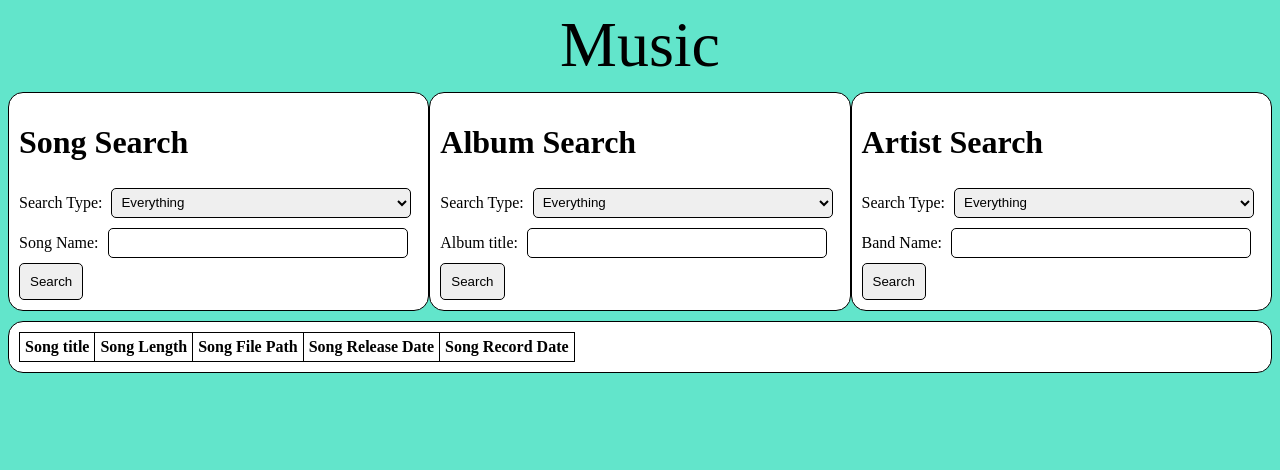
Repository: bparambath/bkp12_INFSCI1017
Page: bkp12_MusicJPAWeb/WebContent/song2.html
The author's editor kept a copy of each file at every save. The page is drawn from the files as they stood at one save, then again after the next save.
The browser window is 1280 px wide. The pictures show the whole page.

Above is the page before, as saved 2019-04-19 01:52:06.

After the next save:
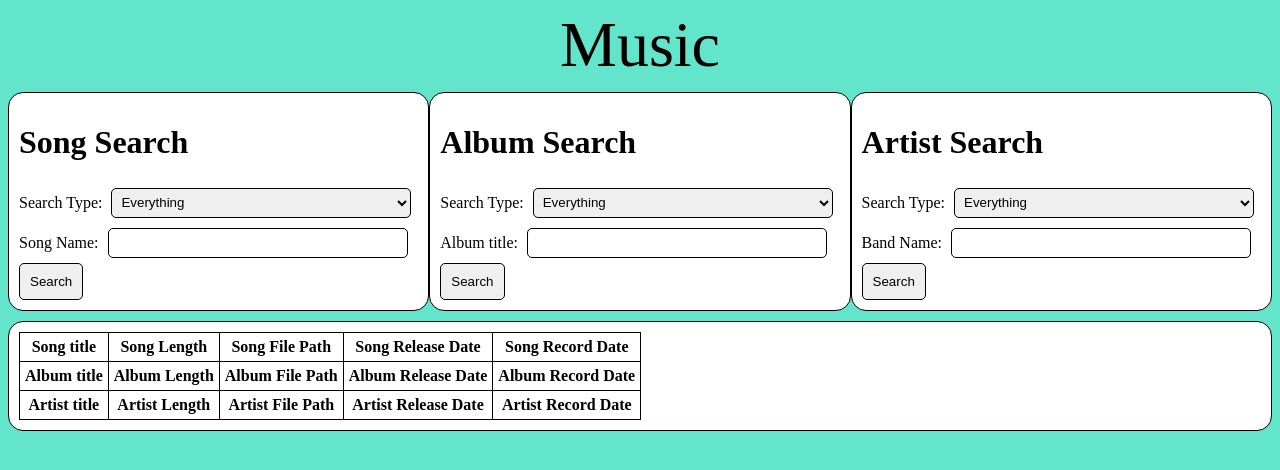
Saved 38 s later.
--- a/bkp12_MusicJPAWeb/WebContent/song2.html
+++ b/bkp12_MusicJPAWeb/WebContent/song2.html
@@ -96,6 +96,20 @@
 			<th>Song Release Date</th>
 			<th>Song Record Date</th>
 		</tr>
+		<tr class="hide2">
+			<th>Album title</th>
+			<th>Album Length</th>
+			<th>Album File Path</th>
+			<th>Album Release Date</th>
+			<th>Album Record Date</th>
+		</tr>
+		<tr class="hide3">
+			<th>Artist title</th>
+			<th>Artist Length</th>
+			<th>Artist File Path</th>
+			<th>Artist Release Date</th>
+			<th>Artist Record Date</th>
+		</tr>
 	</table>
 </div>
 
